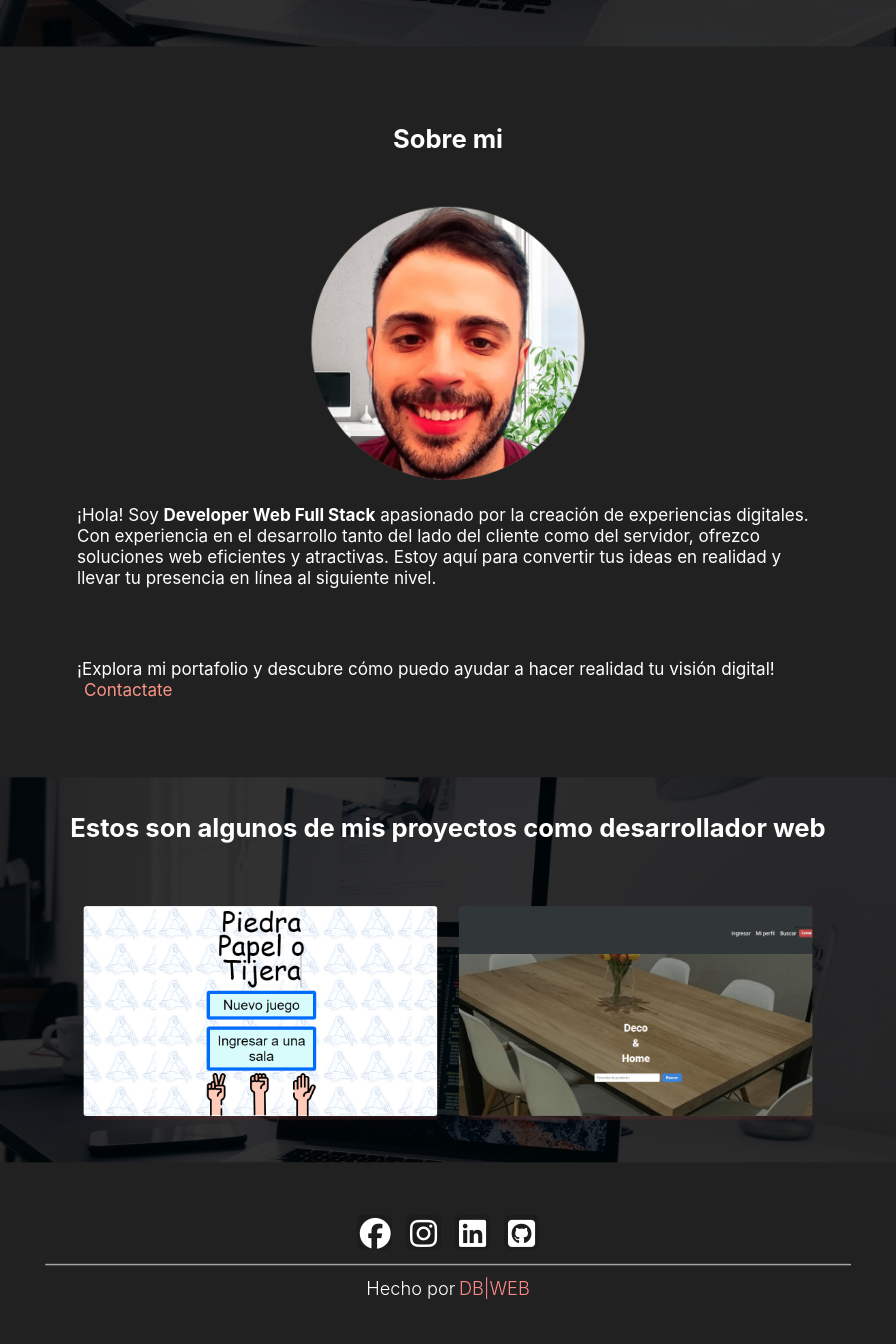
Repository: DamianBermudez94/DB-Porfolio
Page: /
An editor plug-in stored every save of this project. The page is shown before and after a run of saves, followed by the edit.
The browser window is 1280 px wide. The pictures show the part of the page from y = 678 to 2598 px (the page is 2598 px tall), at 70% of full size.
Backgrounds fixed to the window are drawn as part of the page. Some web libraries are served in a nearby version. The project was rebuilt for these pictures with package versions that can differ from the ones it lists, and the page was loaded fresh each time. Also part of the build but not shown: vite.config.js, src/components/Servicios/styles.css, src/components/Servicios/Service.jsx, src/pages/Servicios.jsx, src/components/Conocimientos/Conocimientos.jsx, src/pages/AcerdaDe.jsx, src/components/Contacto/Contact.jsx, src/pages/contacto.jsx and 2 more.

Above is the page before, as saved 2024-03-11 19:00:58.

### index.html
<!DOCTYPE html>
<html lang="en">
  <head>
    <meta charset="utf-8" />
    <link rel="icon" href="./public/image/IconoDB.png" />
    <link rel="apple-touch-icon" href="./public/image/IconoDB.png" />
    <meta name="viewport" content="width=device-width, initial-scale=1" />
    <link rel="manifest" href="./src/manifiesto.json">
    <meta name="theme-color" content="#000000" />
    <!--Estilos-->
    <script
      src="https://kit.fontawesome.com/bdbed0aafa.js"
      crossorigin="anonymous"
    ></script>
    <link rel="preconnect" href="https://fonts.gstatic.com" />
    <link rel="preconnect" href="https://fonts.gstatic.com" />
    <link rel="preconnect" href="https://fonts.gstatic.com" />
    <link rel="preconnect" href="https://fonts.gstatic.com" />
    <link
      href="https://fonts.googleapis.com/css2?family=Raleway:wght@200;300&family=Roboto:wght@100;300&display=swap"
      rel="stylesheet"
    />
    <meta name="author" content="Damián Bermúdez" />
    <meta name="description" content="Porfolio web - Damián Bermúdez" />

    <title>Damián Bermúdez - Developer</title>
  </head>
  <body>
    <div id="root"></div>
    <script type="module" src="/src/main.jsx"></script>
  </body>
</html>

### src/main.jsx
import ReactDOM from "react-dom/client";
import "./index.css";
import App from "./App";
import Modal from 'react-modal';
Modal.setAppElement('#root');
const root = ReactDOM.createRoot(document.getElementById("root"));
root.render(<App />);

### src/index.css
* {
  margin: 0;
  padding: 0;
  box-sizing: border-box;
}
body {
  font-family: -apple-system, BlinkMacSystemFont, "Segoe UI", "Roboto", "Oxygen",
    "Ubuntu", "Cantarell", "Fira Sans", "Droid Sans", "Helvetica Neue",
    sans-serif;
  -webkit-font-smoothing: antialiased;
  -moz-osx-font-smoothing: grayscale;
}

### src/App.jsx
import "./App.css";
import { MisRutas } from "./routers/MisRutas";

function App() {
  return (
    <div className="layout">
      <MisRutas />
    </div>
  );
}

export default App;

### src/App.css
.layout {
  margin: 0 auto;
  background-color: #282c34;
  font-size: calc(10px + 2vmin);
  color: white;
  background-image: url("/public/image/banner-parallax.jpg");
  background-size: cover;
  background-position: center;
  background-attachment: fixed;
}
.layout .container-rutas {
  background-color: rgba(0, 0, 0, 0.8);
  width: 100%;
  height: 100%;
  padding-top: 145px;
}

### src/routers/MisRutas.jsx
import { BrowserRouter, Routes, Route } from "react-router-dom";

import { Inicio } from "../pages/Inicio";
import { Servicios } from "../pages/Servicios";
import { AcerdaDe } from "../pages/AcerdaDe";
import { Contacto } from "../pages/contacto";
import { Proyectos } from "../pages/Proyecto";
import { Error } from "../components/Error";
import { NavHeader } from "../components/header/NavHeader";
import { Footer } from "../components/Footer/Footer";

export const MisRutas = () => {
  return (
    <div className="container-rutas">
      <BrowserRouter>
        {/*Header y navegacion*/}
        <NavHeader />
        {/*Contenido general*/}

        <Routes>
          <Route path="/" element={<Inicio />} />
          <Route path="/inicio" element={<Inicio />} />
          <Route path="/servicios" element={<Servicios />} />
          <Route path="/conocimientos" element={<AcerdaDe />} />
          <Route path="/contacto" element={<Contacto />} />
          <Route path="/proyecto" element={<Proyectos />} />
          <Route path="*" element={<Error />} />
        </Routes>

        {/* Footer*/}
        <Footer />
      </BrowserRouter>
    </div>
  );
};

### src/pages/Inicio.jsx

import { Home } from "../components/Home/Home";
export const Inicio = () => {
  return (
  <div><Home/> </div>
  );
};

### src/components/header/NavHeader.jsx
import { useState, useEffect } from "react";
import { NavLink } from "react-router-dom";
import "./NavHeader.css";
import BurguerButton from "./burgerButton";

export const NavHeader = () => {
  const [clicked, setClicked] = useState(false);
  const [scrolled, setScrolled] = useState(false);
  const handleClick = () => {
    //cuando esta true lo pasa a false y vice versa
    setClicked(!clicked);
  };
  useEffect(() => {
    const handleScroll = () => {
      if (window.scrollY > 50) {
        setScrolled(true);
      } else {
        setScrolled(false);
      }
    };

    window.addEventListener("scroll", handleScroll);

    // Limpiar el event listener en el desmontaje del componente
    return () => {
      window.removeEventListener("scroll", handleScroll);
    };
  }, []);

  return (
    <header className={`header ${scrolled ? "scrolled" : ""}`}>
      <div className="nav-content">
        <div className="logo">
          <NavLink to="/inicio">
            <img
              src={"/image/Logo-DB.png"}
              alt="Damian Bermudez desarrollador web"
            ></img>
          </NavLink>
        </div>

        <BurguerButton
          className="btn-menu"
          clicked={clicked}
          handleClick={handleClick}
        />
        <nav className={`links ${clicked ? "active" : ""}`}>
          <ul>
            <li>
              <NavLink
                to="/inicio"
                onClick={handleClick}
                className={({ isActive }) => (isActive ? "active" : "")}
              >
                Inicio
              </NavLink>
            </li>
            <li>
              <NavLink
                to="/proyecto"
                onClick={handleClick}
                className={({ isActive }) => (isActive ? "active" : "")}
              >
                proyectos
              </NavLink>
            </li>
            <li>
              <NavLink
                to="/servicios"
                onClick={handleClick}
                className={({ isActive }) => (isActive ? "active" : "")}
              >
                servicios
              </NavLink>
            </li>
            <li>
              <NavLink
                to="/conocimientos"
                onClick={handleClick}
                className={({ isActive }) => (isActive ? "active" : "")}
              >
                conocimientos
              </NavLink>
            </li>
            <li>
              <NavLink
                to="/contacto"
                onClick={handleClick}
                className={({ isActive }) => (isActive ? "active" : "")}
              >
                contacto
              </NavLink>
            </li>
          </ul>
        </nav>
      </div>
    </header>
  );
};

### src/components/Footer/Footer.jsx

import './Footer.css'
export const Footer = () => {
  return (
    <footer className="footer">
      <div className="contenedor-footer container">
          <div className="footer-redes__sociales">
              <a href="https://www.facebook.com" className="link-redes_sociales" ><i className="fab fa-facebook facebook"></i></a>
              <a href="https://www.instagram.com" className="link-redes_sociales" ><i className="fab fa-instagram instagran"></i></a>
              <a href="https://www.linkedin.com" className="link-redes_sociales" ><i className="fab fa-linkedin linkedin"></i></a>
              <a href="https:/www.github.com" className="link-redes_sociales" ><i className="fab fa-github-square github"></i></a>
          </div>
          <hr className='footer-linea' />
          <div className="footer-text">
              <p className="title-copy">Hecho por<a className="title-footer" href="https://damianbermudezdev.es/">DB|WEB</a></p>
          </div>
      </div>
    </footer>
  )
}

### src/components/Home/Home.jsx
import { NavLink } from "react-router-dom";
import { ListadoTrabajos } from "../Proyectos/ListaTrabajos";
import "./styles.css";
export const Home = () => {
  return (
    <section className="home">
      <div className="home-welcome">
        <div className="container-home">
          <h1 className="title-welcome" style={{ "--duration": "1s" }}>
            <span style={{ "--delay": " .5s" }}>Hola! Mi nombre es,</span>
            <span className="title-custom" style={{ "--delay": ".6s" }}>
              Damián Bermúdez.
            </span>
            <span className="parrafo-welcome" style={{ "--duration": "1s" }}>
              <span style={{ "--delay": " .7s" }}>
                Developer web full stack.
              </span>
            </span>
          </h1>

          <div className="container-redes_inicio">
            <NavLink
              to="https://www.linkedin.com/in/damian-bermudez-4a4a33204/"
              className="link-redes_sociales"
              target="_blank"
            >
              <i className="fab fa-linkedin linkedin"></i>
            </NavLink>
            <NavLink
              to="https://github.com/DamianBermudez94"
              className="link-redes_sociales"
              target="_blank"
            >
              <i className="fab fa-github-square github"></i>
            </NavLink>
            <a
              className="btn-cv"
              href="./cv-pdf/CVDamianBermudez2023_1_ (1).pdf"
              download="CV-damian-bermudez.pdf"
            >
              Descargar mi CV
            </a>
          </div>
        </div>
      </div>
      <section className="section-me">
        <h2>Sobre mi</h2>
        <div className="container-me" data-animation="diagonal">
          <img
            src={"/image/profile-damianbermudez.png"}
            alt="Damian Bermudez desarrollador web"
          ></img>
          <p>
            ¡Hola! Soy <strong>Developer Web Full Stack</strong> apasionado por
            la creación de experiencias digitales. Con experiencia en el
            desarrollo tanto del lado del cliente como del servidor, ofrezco
            soluciones web eficientes y atractivas. Estoy aquí para convertir
            tus ideas en realidad y llevar tu presencia en línea al siguiente
            nivel.
          </p>
        </div>
        <div className="container-inicio_contacto" data-animation="diagonal">
          <p className="parrafo-contacto">
            ¡Explora mi portafolio y descubre cómo puedo ayudar a hacer realidad
            tu visión digital!{" "}
            <NavLink className="enlace-contacto" to="/contacto">
              Contactate
              <span className="border border-top"></span>
              <span className="border border-right"></span>
              <span className="border border-bottom"></span>
              <span className="border border-left"></span>
            </NavLink>
          </p>
        </div>
      </section>
      <section className="content-proyectos__inicio">
        <h2>Estos son algunos de mis proyectos como desarrollador web</h2>
        <ListadoTrabajos limite="2" />
      </section>
    </section>
  );
};

### src/components/header/NavHeader.css
.header {
  height: 80px;

  max-width: 1200px;
  display: flex;
  justify-content: center;
  align-items: center;
  padding: 10px;
  position: fixed;
  top: 0;
  right: 0;
  left: 0;
  z-index: 1000;
  padding: 10px 20px;
  margin: 0 auto;
  transition: background-color 0.5s ease;
}

/* Cambiar el fondo al hacer scroll */
.header.scrolled {
  background-color: rgba(83, 83, 83, 0.9);
  border-radius: 10px;
  width: 80%;
  display: flex;
  justify-content: center;
  align-items: center;
  position: fixed;

  margin: 0 auto;
}

.nav-content {
  width: 90%;
  height: 80px;

  margin: 0 auto;
  display: flex;
  justify-content: space-around;
  padding: 5px;
  align-items: center;
}
.header .logo img {
  width: 150px;
  height: 100px;
  object-fit: cover;
}

.header nav ul {
  display: flex;
  justify-content: center;
  align-items: center;
  list-style: none;
}
.header li {
  text-decoration: none;
  text-transform: uppercase;
  font-size: 17px;
  font-weight: bold;
  margin: 15px;
}
.header li a {
  text-decoration: none;
  transition: all 300ms;
  color: #f1f1f1;
}
.header .active,
.header a:hover {
  color: rgb(255, 80, 80);
}

.header .btn-menu {
  display: none;
}
@media screen and (max-width: 860px) {
  .header {
    overflow: hidden;
  }

  .header .logo img {
    width: 200px;
  }
  .header nav {
    position: fixed;
    top: 70px;
    left: -140%;
    width: 80%;
    height: calc(100vh - 60px);
    background-color: #fff;
    z-index: 9;
  }
  .links.active {
    width: 100%;
    height: 100vh;
    display: block;
    top: 150px;
    left: 0;
    right: 0;
    margin-left: auto;
    margin-right: auto;
    text-align: center;
    opacity: 1;
    background: rgba(255, 255, 255, 0);
    backdrop-filter: blur(19px);
  }
  .links.close {
    display: none;
  }
  nav ul {
    margin: 0 auto;
    flex-direction: column;
    border-top: 5px solid rgb(255, 1, 1);
    padding: 5px;
  }

  nav ul li {
    width: 100%;
    margin: 10px auto;
    border-bottom: 1px solid rgb(255, 1, 1);
  }
  nav ul li a {
    background: none;
    color: rgb(255, 1, 1);
  }
  body.dark nav ul li a {
    color: #f1f1f1;
  }
  nav ul li a.active {
    background: none;
    color: rgb(0, 0, 0);
  }
  body.dark nav ul li a.active {
    color: rgb(255, 1, 1);
  }
  nav ul li a.active:hover {
    background: none;
    color: rgb(0, 0, 0);
  }
}

### src/components/header/burgerButton.jsx
/* eslint-disable react/prop-types */

import styled from "styled-components";

function BurguerButton(props) {
  return (
    <Burguer>
      <div
        onClick={props.handleClick}
        className={`btn-menu nav-icon-5 ${props.clicked ? "open" : ""}`}
      >
        <span></span>
        <span></span>
        <span></span>
      </div>
    </Burguer>
  );
}

export default BurguerButton;

const Burguer = styled.div`
  /* nav-icon-5 */
  .nav-icon-5 {
    width: 35px;
    height: 30px;
    position: relative;
    cursor: pointer;
    display: flex;
    margin: 25px 50px;
  }
  .nav-icon-5 span {
    background-color: #fff;
    position: absolute;
    border-radius: 2px;
    transition: 0.3s cubic-bezier(0.8, 0.5, 0.2, 1.4);
    width: 100%;
    height: 4px;
    transition-duration: 500ms;
  }
  .nav-icon-5 span:nth-child(1) {
    top: 0px;
    left: 0px;
  }
  .nav-icon-5 span:nth-child(2) {
    top: 13px;
    left: 0px;
    opacity: 1;
  }
  .nav-icon-5 span:nth-child(3) {
    bottom: 0px;
    left: 0px;
  }
  .nav-icon-5:not(.open):hover span:nth-child(1) {
    transform: rotate(-3deg) scaleY(1.1);
  }
  .nav-icon-5:not(.open):hover span:nth-child(2) {
    transform: rotate(3deg) scaleY(1.1);
  }
  .nav-icon-5:not(.open):hover span:nth-child(3) {
    transform: rotate(-4deg) scaleY(1.1);
  }
  .nav-icon-5.open span:nth-child(1) {
    transform: rotate(45deg);
    top: 13px;
  }
  .nav-icon-5.open span:nth-child(2) {
    opacity: 0;
  }
  .nav-icon-5.open span:nth-child(3) {
    transform: rotate(-45deg);
    top: 13px;
  }
  @media screen and (min-width: 860px) {
    .btn-menu {
      display: none;
    }
  }
`;

### src/components/Footer/Footer.css
.footer {
  min-height: 120px;
  line-height: 7px;
  text-align: center;
  font-size: 22px;
  padding: 45px;
  background-color: #212121;
}

.contenedor-footer {
  display: flex;
  flex-direction: column;
  justify-content: center;
  align-content: center;
  margin: 0 auto;
  padding: 20px;
}
.footer-text {
  display: flex;
  justify-content: center;
  align-items: center;
  padding: 10px;
  margin-top: 20px;
}
.title-copy {
  text-align: center;
  font-size: 26px;
  font-weight: 300;
}
.title-footer {
  text-decoration: none;
  color: rgb(252, 136, 136);
  margin-left: 5px;
}
.footer-linea{
  height: 1px;
  width: 100%;

}
body.dark .title-copy {
  color: #f1f1f1;
}

.footer-redes__sociales {
  display: flex;
  justify-content: center;
  align-items: center;
  text-align: center;
  margin-bottom: 10px;
}
.link-redes_sociales {
  text-decoration: none;
  width: 50px;
  height: 50px;
  margin: 10px;
  color: rgb(255, 255, 255);
  background-color: rgb(28, 28, 28);
  border-radius: 10px;
  text-align: center;
  position: relative;
  transition: transform 0.4s;
  font-size: 26px;
  padding: 4px;
}
.link-redes_sociales:hover {
  transform: rotate(45deg);
}
.link-redes_sociales::before {
  content: "";
  position: absolute;
  width: 100%;
  height: 100%;
  opacity: 0;
  background-color: #373737;
  border-radius: 10px;
  transition: opacity 0.2s;
}
.link-redes_sociales:hover::before {
  opacity: 0.4;
}
.link-redes_sociales:nth-child(1)::before {
  background-color: rgb(255, 80, 80);
}
.link-redes_sociales:nth-child(2)::before {
  background-color: rgb(255, 80, 80);
}
.link-redes_sociales:nth-child(3)::before {
  background-color: rgb(255, 80, 80);
}
.link-redes_sociales:nth-child(4)::before {
  background-color: rgb(255, 80, 80);
}

.link-redes_sociales:hover::before {
  transform: translate(-4px, -4px);
  filter: blur(10px);
}

.link-redes_sociales i {
  font-size: 1.7em;
  transition: all 0.4s;
}
.link-redes_sociales:hover i {
  color: #f1f1f1;
  transform: rotate(-45deg);
}

body.dark .redes-sociales i {
  color: #f1f1f1;
}

### src/components/Proyectos/styles.css
/**--Estilos seccion Proyectos--**/

.section-proyectos {
  width: 90%;
  max-width: 1600px;
  display: grid;
  grid-template-columns: repeat(2, 1fr);
  grid-gap: 30px;

  padding: 10px;
  margin: 0 auto;
}
.title-proyectos {
  font-size: 55px;
  margin: auto;
  text-align: center;
  padding: 25px;
}
.card-proyectos {
  display: flex;
  align-items: center;
  flex-direction: column;
  overflow: hidden;
}
.content-proyectos__img img {
  object-fit: cover;
  border-radius: 5px;
  width: 100%;
  height: 300px;
  overflow: hidden;
  box-shadow: 15px 0px 15px 0px #5c2929;
  cursor: pointer;
}

.card-proyectos span {
  display: block;
  color: white;
  font-size: 18px;
  margin-top: 35px;
}
.card-proyectos h2 {
  display: block;
  color: white;
  margin-top: 5px;
  font-size: 25px;
}
.card-proyectos a {
  color: white;
  text-decoration: none;
  transition: none;
  text-align: center;
}

.content-proyectos__enlace {
  width: 100%;
  display: flex;
  justify-content: center;
  align-items: center;
  padding: 20px;
  margin: 0 auto;
}

.proyectos-enlace {
  width: 40%;
  max-width: 200px;
  text-decoration: none;
  display: flex;
  align-items: center;
  justify-content: center;
  margin: 0 auto;
  font-size: 18px;
  cursor: pointer;
  text-transform: uppercase;
  letter-spacing: 2px;
  color: rgb(255, 0, 0);
  background-color: transparent;
  outline: 2px solid rgb(255, 80, 80);
  border: none;
  border-radius: 8px;
  padding: 10px 20px;
  position: relative;

  overflow: hidden;
  transition: color 1s;
}

.proyectos-enlace:hover {
  color: #000000;
  z-index: 1;
}

.proyectos-enlace::before {
  content: "";
  position: absolute;
  top: 0;
  left: -50px;
  width: 150%;
  height: 100%;
  background-color: rgba(255, 85, 85, 0.5);
  border: none;
  outline: 3px solid rgb(0, 0, 0);
  transform: scaleX(0) skewX(35deg);
  transform-origin: left;
  z-index: -1;
  transition: transform 1s;
}

.proyectos-enlace:hover::before {
  transform: scaleX(1) skewX(35deg);
}

/* Modal personalizado */
.mi-modal {
  width: 600px;

  height: 500px;
  display: flex;
  justify-content: space-between;
  align-items: center;
  background-color: rgba(0, 0, 0, 0.336);
  border-radius: 5px;
  padding: 20px;
  box-shadow: 0 0 10px rgba(247, 10, 10, 0.9);
}
.container-modal{
  display: flex;
  justify-content: space-around;
  padding: 10px;
  flex-direction: column;

}
/* Overlay personalizado */
.mi-modal-overlay {
  color: #fff;
  position: fixed; /* Asegura que el overlay cubra toda la pantalla */
  top: 0;
  left: 0;
  right: 0;
  bottom: 0;
  background-color: rgba(0, 0, 0, 0.281); /* Color de fondo oscuro con opacidad */
  z-index:  1000;
  margin: 0 auto;

}

@media (max-width: 1120px) {
  .section-proyectos {
    display: grid;
    grid-template-columns: repeat(2, 1fr);

    grid-gap: 10px;
  }
}
@media (max-width: 760px) {
  .section-proyectos {
    display: grid;
    grid-template-columns: repeat(1, 1fr);
    grid-gap: 10px;
  }
  .mi-modal {
    width: 400px;

    height: 500px;
    display: flex;
    justify-content: space-between;
    align-items: center;
    background-color: rgba(0, 0, 0, 0.336);
    border-radius: 5px;
    padding: 20px;
    box-shadow: 0 0 10px rgba(247, 10, 10, 0.9);
  }
}
@media (max-width: 480px) {

  .mi-modal {
    width: 300px;


  }
}

Loaded but not shown: src/data/trabajos.js (48 lines, source omitted); src/components/Contacto/styles.css (267 lines, source omitted); src/components/Home/styles.css (238 lines, source omitted); src/components/Proyectos/ListaTrabajos.jsx (102 lines, source omitted); src/components/Conocimientos/styles.css (147 lines, source omitted)

After the next 2 saves:
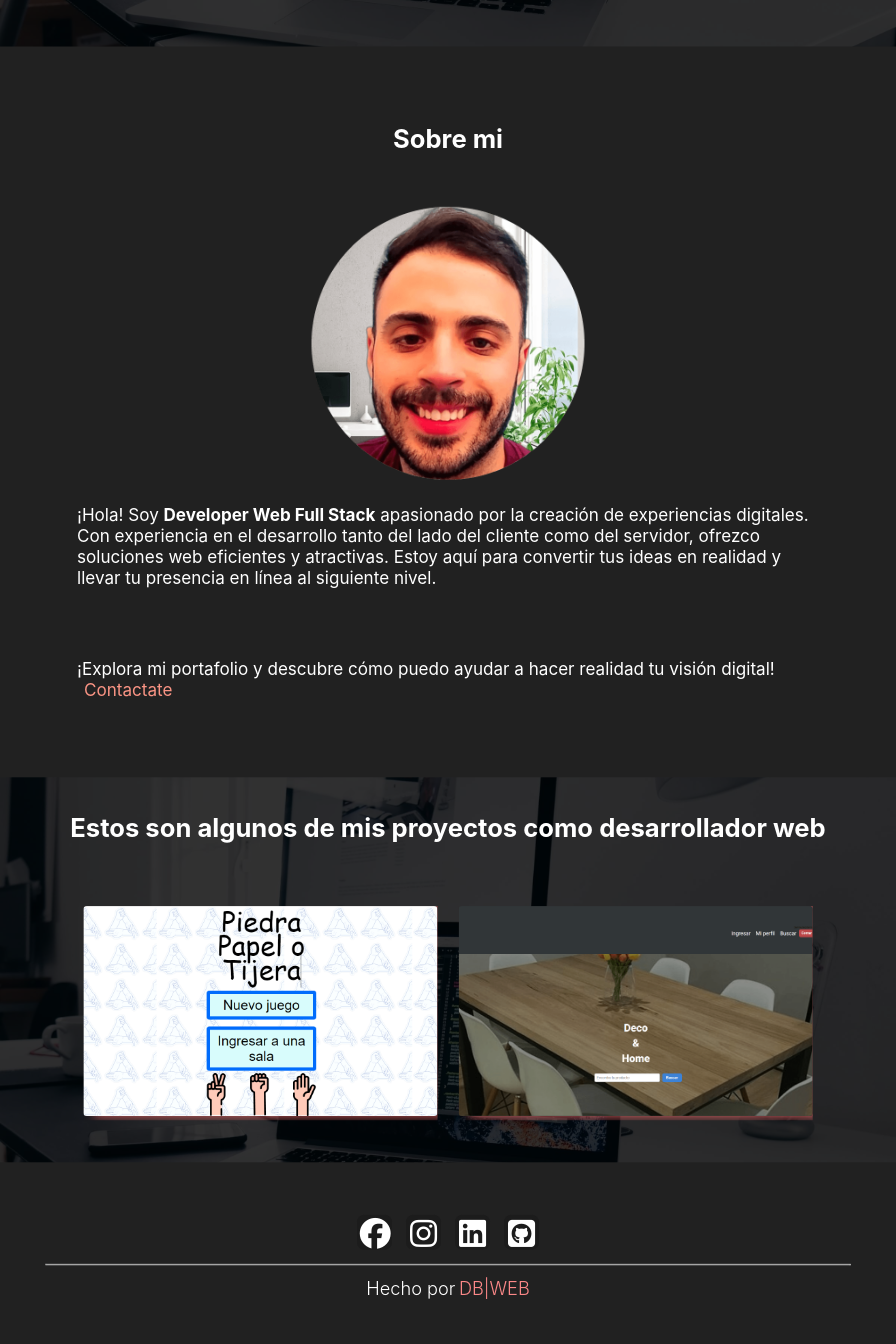
The 2 saves are shown as one change because they came seconds apart.
The last was saved 7 s later.
--- a/src/components/Proyectos/styles.css
+++ b/src/components/Proyectos/styles.css
@@ -28,7 +28,7 @@
   width: 100%;
   height: 300px;
   overflow: hidden;
-  box-shadow: 15px 0px 15px 0px #5c2929;
+  box-shadow: 15px 0px 15px 0px #e76464;
   cursor: pointer;
 }
 
